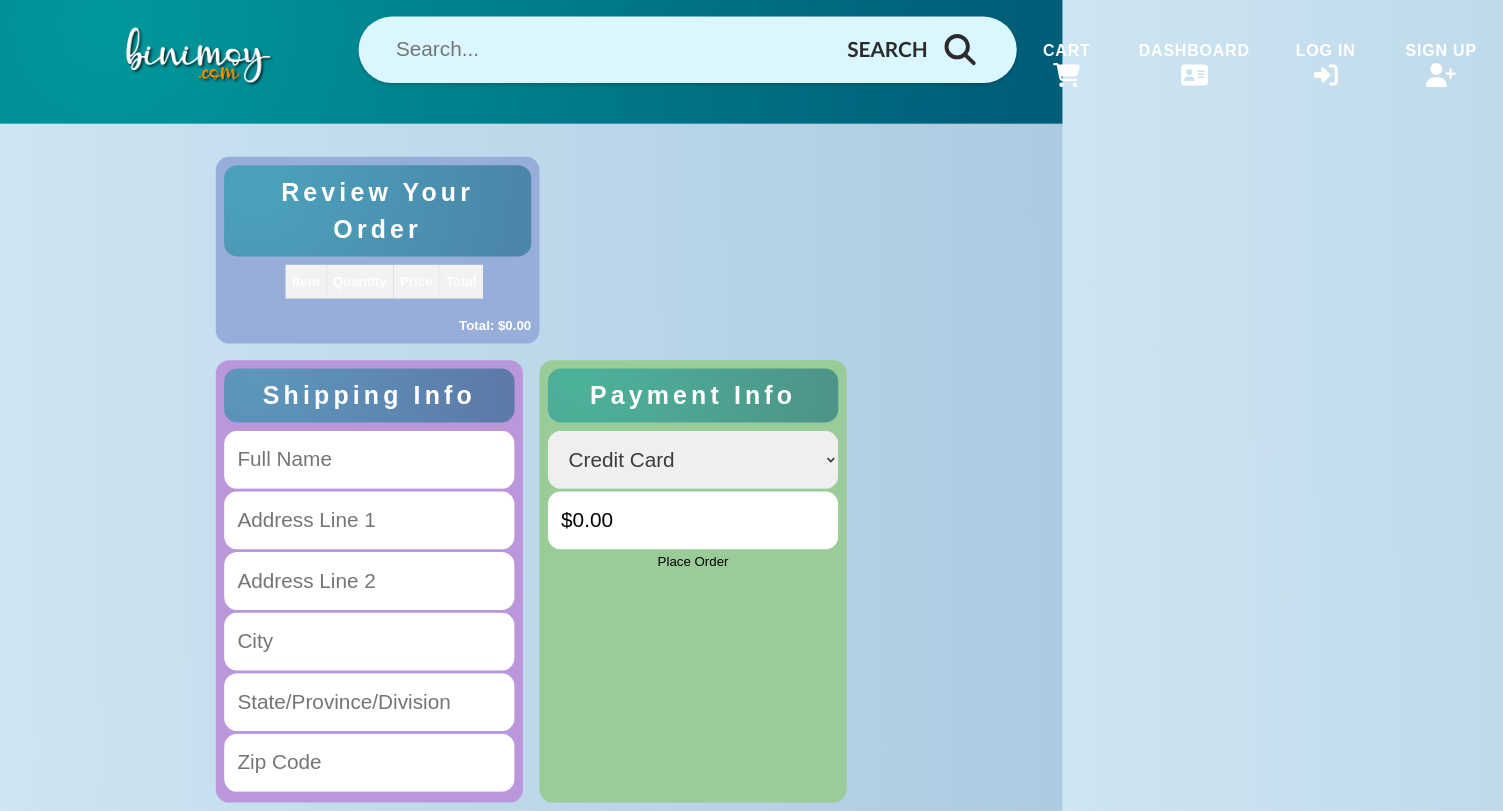
Repository: Shadman2024/2_1_DatabaseProject
Page: /checkout (app in frontend/)
The author's editor kept a copy of each file at every save. The page is drawn from the files as they stood at one save, then again after a run of saves.
The browser window is 1280 px wide. The page is 1811 px wide, so the pictures cover 1811 px, including what lies to the right of the window. The pictures show the whole page, at 83% of full size.
Some web libraries are served in a nearby version. The project was rebuilt for these pictures with package versions that can differ from the ones it lists, and the page was loaded fresh each time. Also part of the build but not shown: frontend/src/App.css, frontend/src/signUp/signup.js, frontend/src/logIn/login.js, frontend/src/Home/home.module.css, frontend/src/Home/hero.js, frontend/src/Home/hero2.js, frontend/src/Home/hero3.js, frontend/src/Home/smallcategory.module.css and 31 more.

Above is the page before, as saved 2024-03-08 15:33:08.

After the next 2 saves:
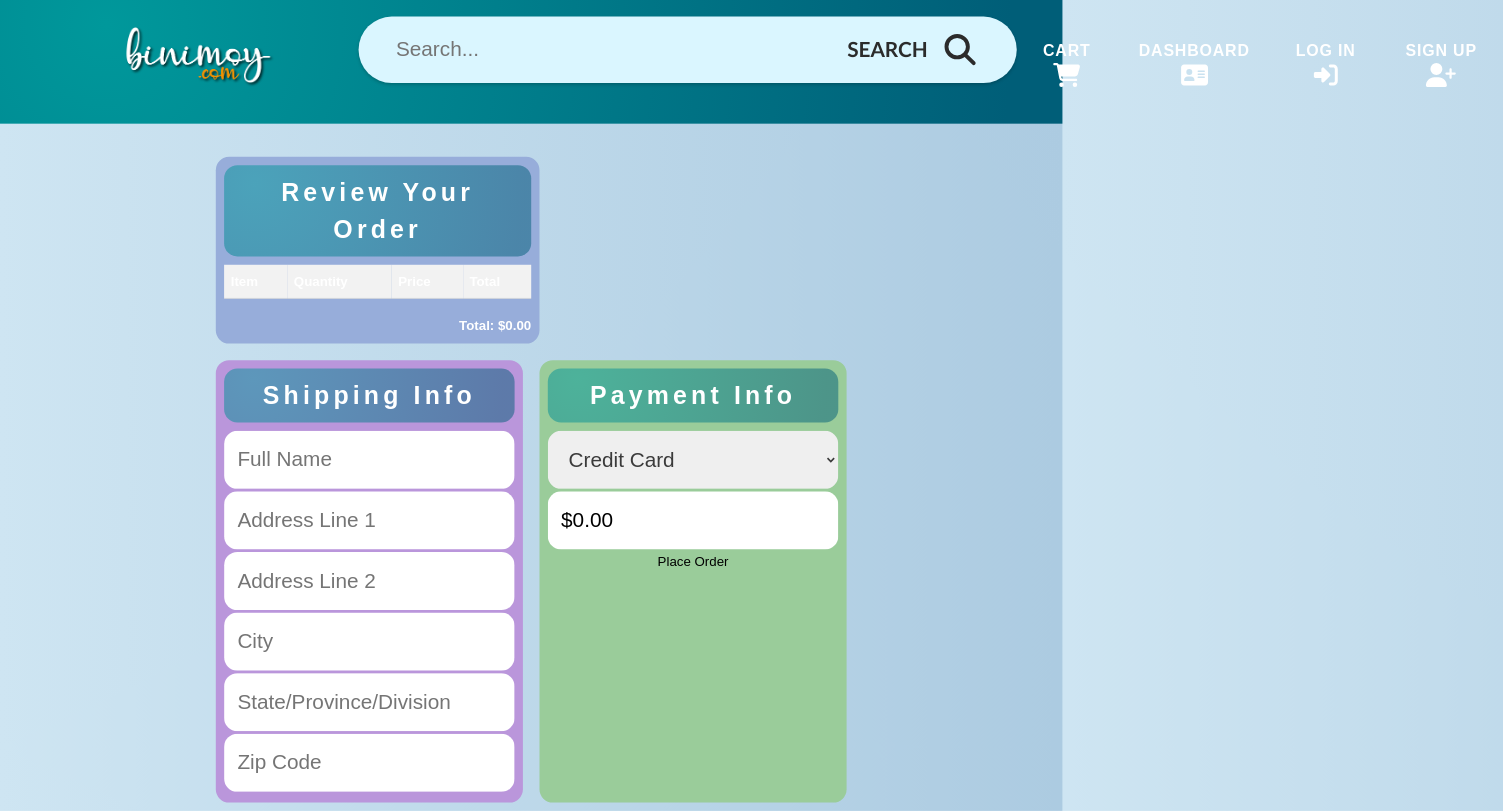
The 2 saves are shown as one change because they came seconds apart.
The last was saved 19 s later.
--- a/frontend/src/checkout/checkout.module.css
+++ b/frontend/src/checkout/checkout.module.css
@@ -105,9 +105,9 @@ input[type="text"]:focus {
   }
 
   .reviewTable {
-    width: 60%;
-    margin-left: 20%;
-    margin-right: 20%;
+    width: 100%;
+    /* margin-left: 20%; */
+    /* margin-right: 20%; */
     border-collapse: collapse;
     margin-bottom: 20px;
   }
